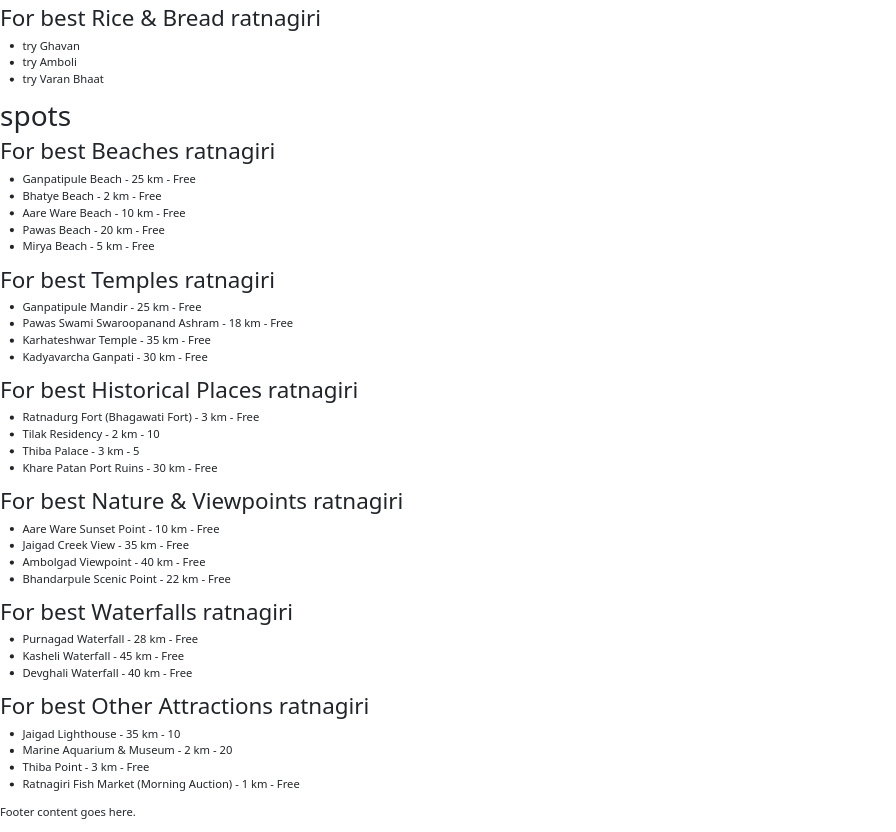
Repository: Indranil-sawant/konkan
Page: http://localhost/
The author's editor kept a copy of each file at every save. The page is drawn from the files as they stood at one save, then again after the next save.
The browser window is 1280 px wide. The pictures show the part of the page from y = 454 to 2374 px (the page is 1642 px tall before and 2794 px after), at 70% of full size.
The page is served by the project's application, run on Django 5.2 (manage.py).

Above is the page before, as saved 2025-11-13 14:13:00.

After the next save:
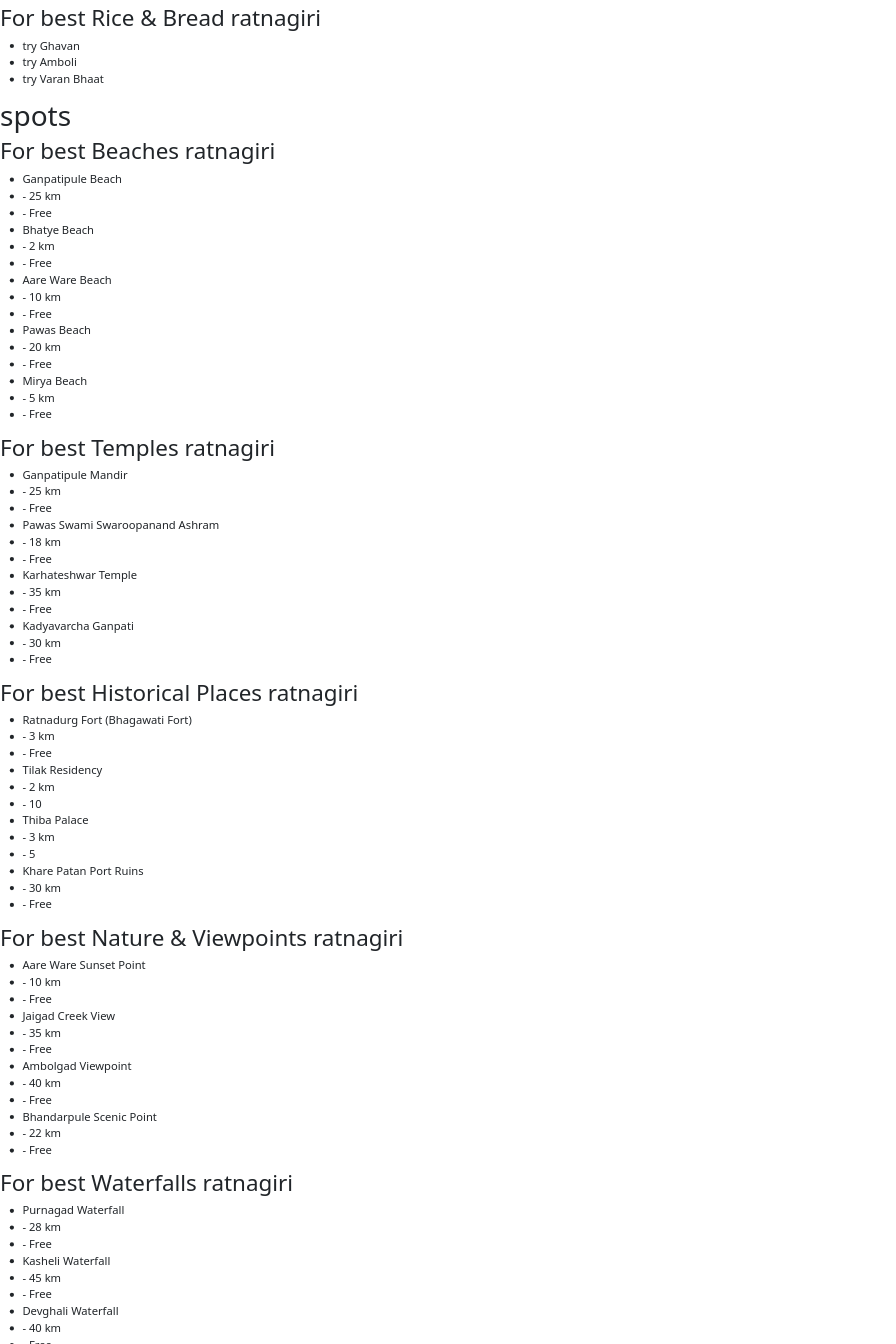
Saved 46 s later.
--- a/food/templates/food/index.html
+++ b/food/templates/food/index.html
@@ -32,7 +32,9 @@
         <h2> For best {{ category }} ratnagiri</h2>
         <ul>
             {% for item in items %}
-                <li>{{ item.name }} - {{ item.distance_km }} km - {{ item.rate }}</li>
+                <li>{{ item.name }}</li>
+                <li> - {{ item.distance_km }} km </li>
+                <li> - {{ item.rate }}</li>
             {% endfor %}
         </ul>
     {% endfor %}

After the save that followed:
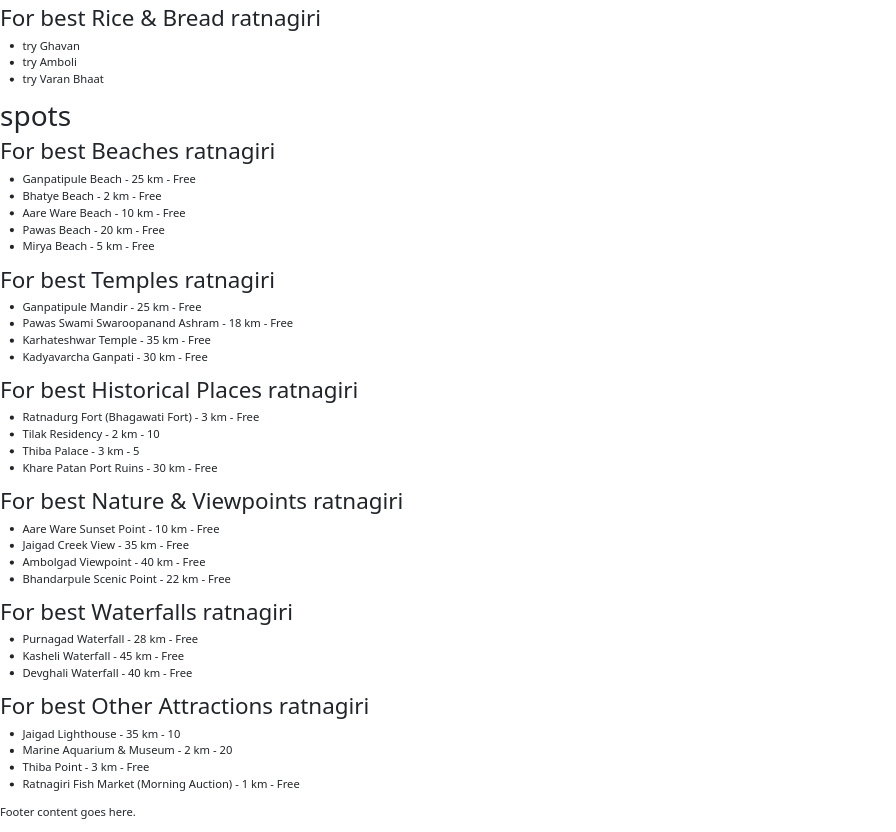
Saved 10 s later.
--- a/food/templates/food/index.html
+++ b/food/templates/food/index.html
@@ -32,9 +32,7 @@
         <h2> For best {{ category }} ratnagiri</h2>
         <ul>
             {% for item in items %}
-                <li>{{ item.name }}</li>
-                <li> - {{ item.distance_km }} km </li>
-                <li> - {{ item.rate }}</li>
+                <li>{{ item.name }} - {{ item.distance_km }} km - {{ item.rate }}</li>
             {% endfor %}
         </ul>
     {% endfor %}
